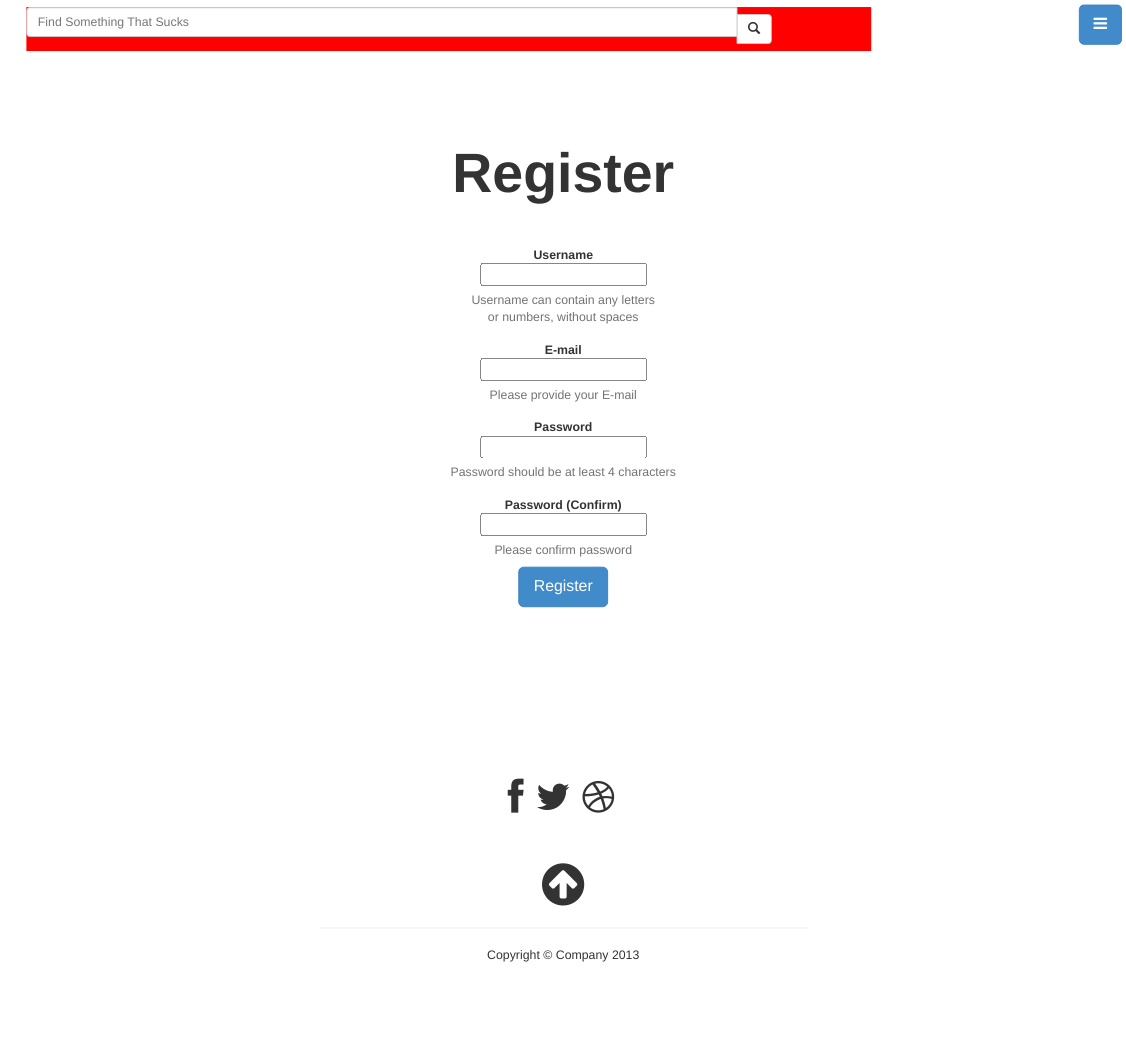
Repository: rajisreehari/sr
Page: http://localhost/SRWeb/WEB-INF/views/sr/register.jsp
An editor plug-in stored every save of this project. The page is shown before and after the next save, followed by the edit.
The browser window is 1280 px wide. The pictures show the whole page, at 88% of full size.
Backgrounds fixed to the window are drawn as part of the page. The page is served by Tomcat 9. Nobody is signed in. The template is opened directly, without the code that normally fills it, so the values that code supplies are empty.

Above is the page before, as saved 2014-07-16 00:39:58.

After the next save:
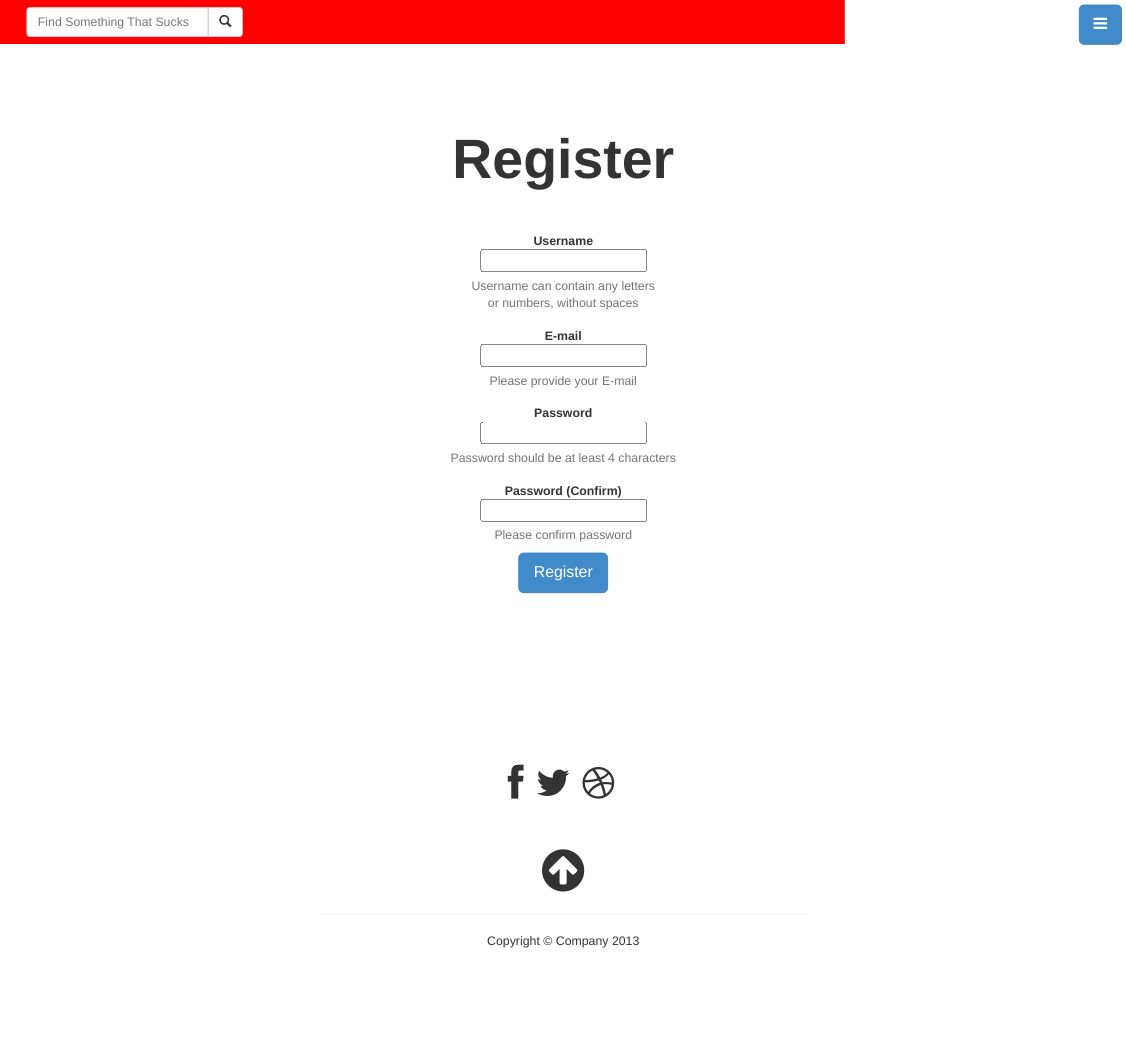
Saved 27 s later.
--- a/SRWeb/WebContent/WEB-INF/views/common/sidemenu.jsp
+++ b/SRWeb/WebContent/WEB-INF/views/common/sidemenu.jsp
@@ -22,9 +22,9 @@
             <li><a href="#contact">Contact</a></li>
         </ul>
     </div>
-    <div class="col-sm-3 col-md-3 pull-left">
+    <div id="myCoolDiv" class="col-sm-3 col-md-3 pull-left">
             <form class="navbar-form" role="search">
-                <div id="myCoolDiv" class="input-group">
+                <div class="input-group">
                     <input type="text" class="form-control" placeholder="Find Something That Sucks" name="q">
                     <div class="input-group-btn">
                         <button class="btn btn-default" type="submit"><i class="glyphicon glyphicon-search"></i></button>

After the save that followed:
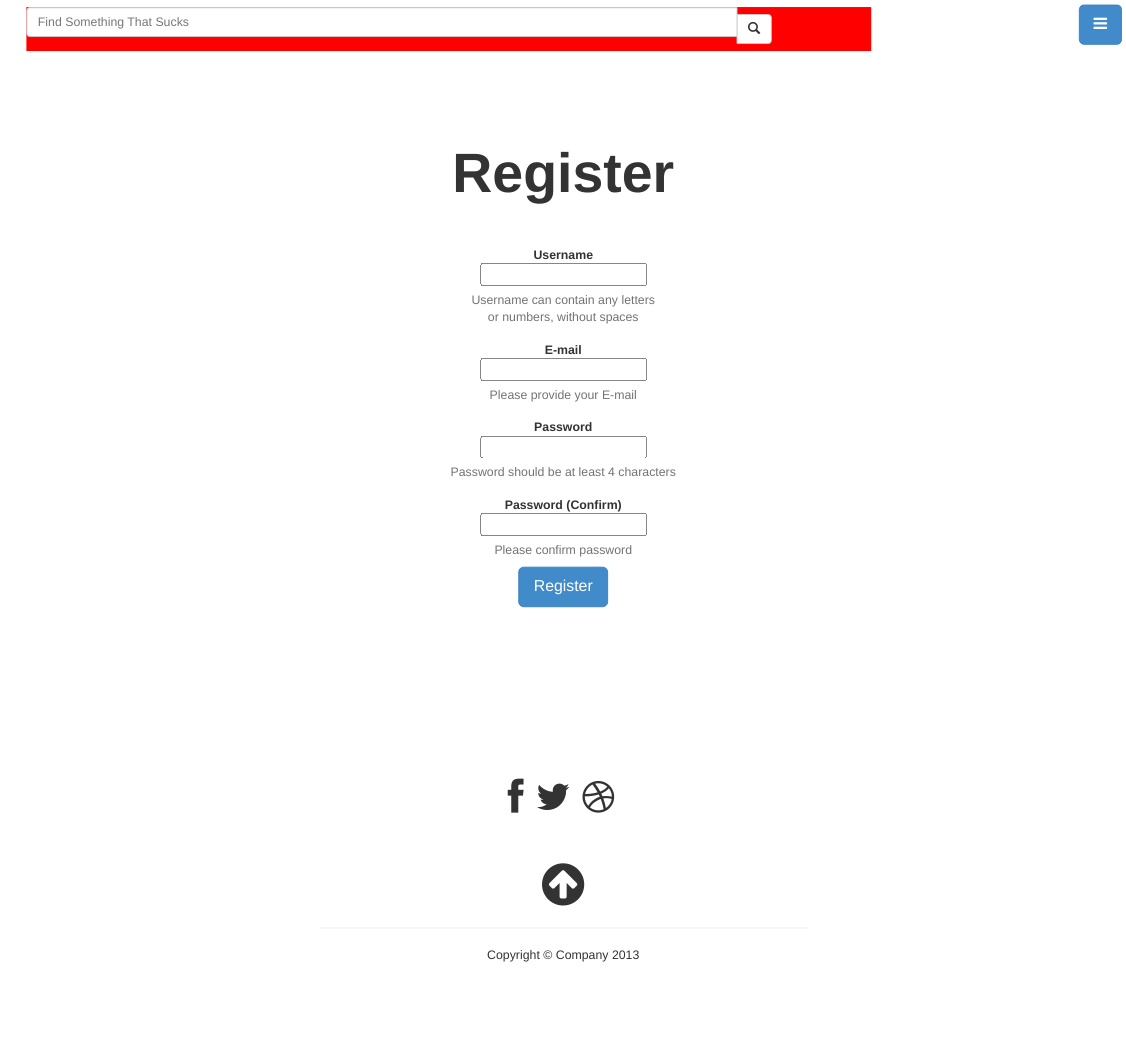
Saved 21 s later.
--- a/SRWeb/WebContent/WEB-INF/views/common/sidemenu.jsp
+++ b/SRWeb/WebContent/WEB-INF/views/common/sidemenu.jsp
@@ -22,9 +22,9 @@
             <li><a href="#contact">Contact</a></li>
         </ul>
     </div>
-    <div id="myCoolDiv" class="col-sm-3 col-md-3 pull-left">
+    <div class="col-sm-3 col-md-3 pull-left">
             <form class="navbar-form" role="search">
-                <div class="input-group">
+                <div id="myCoolDiv" class="input-group">
                     <input type="text" class="form-control" placeholder="Find Something That Sucks" name="q">
                     <div class="input-group-btn">
                         <button class="btn btn-default" type="submit"><i class="glyphicon glyphicon-search"></i></button>
